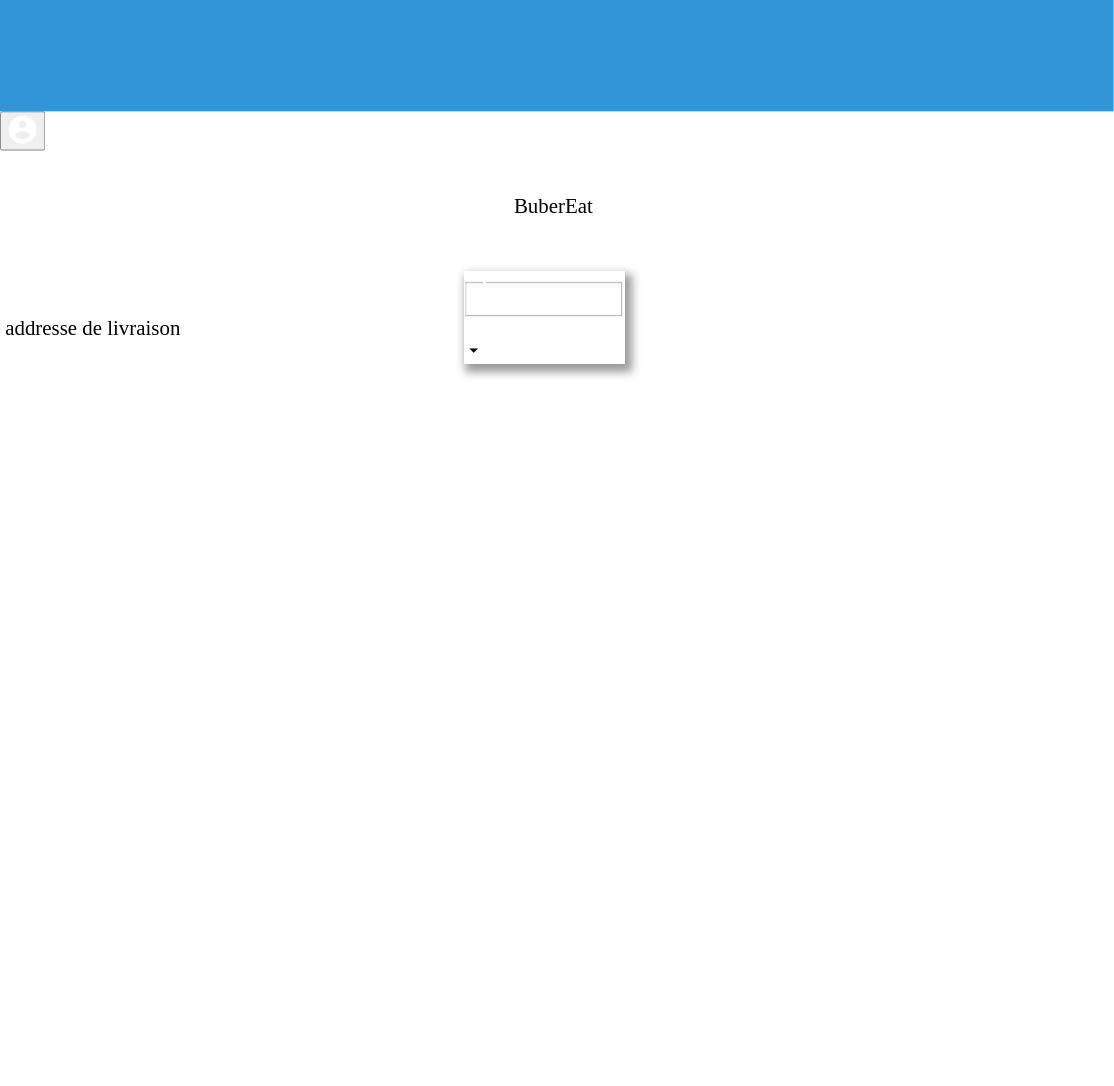
Repository: fidjy/B2_Info_Projet_Web
Page: /Login/%2522this.streets%2522
These files come from the project's save history. The page is drawn as it stood at one moment and after the next save; the edit follows.
The browser window is 1280 px wide. The pictures show the whole page, at 87% of full size.
An inner scrolling area shows only its first screen. The project was rebuilt for these pictures with package versions that can differ from the ones it lists, and the page was loaded fresh each time. Also part of the build but not shown: vue.config.js, src/views/Login/Login.vue, src/views/RestaurantDishes/RestaurantDishes.vue.

Above is the page before, as saved 2020-03-23 19:31:04.

After the next save:
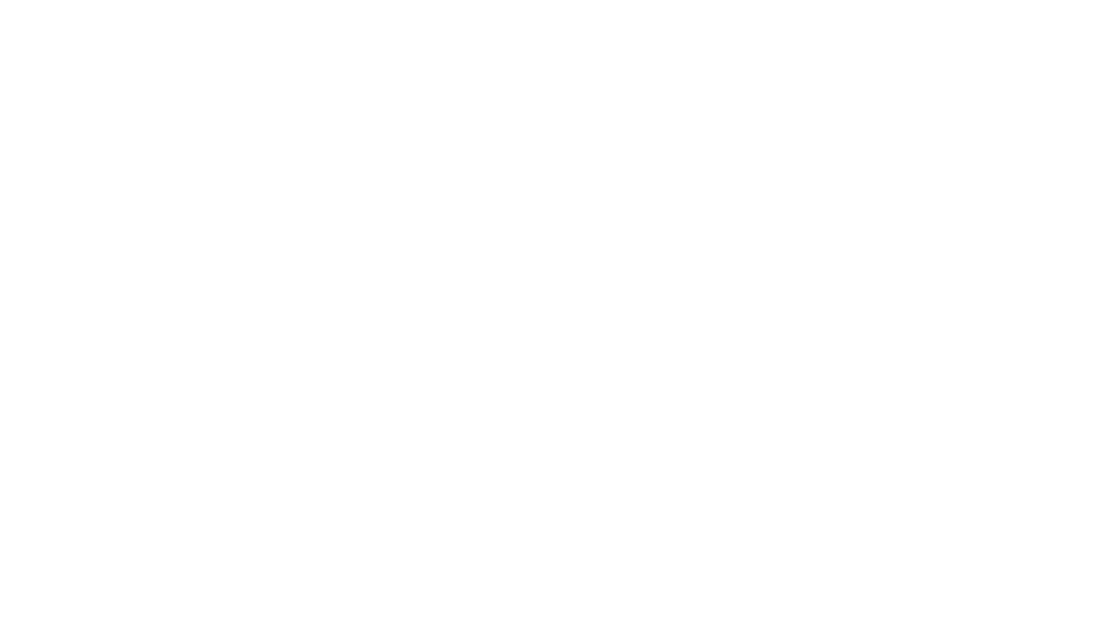
Saved 30 s later.
--- a/src/Layouts/NavBar/NavBar.vue
+++ b/src/Layouts/NavBar/NavBar.vue
@@ -197,15 +197,15 @@
       }, 500);
     },
   },
-  // computed: {
-  //   streets: function (){
-  //     this.propositionAdresse.forEach(street =>
-  //      this.streets.append(street)
-  //     );
-
-  //     return this.streets
-  //   }
-  // }
+  computed: {
+    streets: function (){
+      this.propositionAdresse.forEach(street =>
+       this.streets.append(street)
+      );
+
+      return this.streets
+    }
+  }
 
 };
 </script>

After the 2 saves that followed:
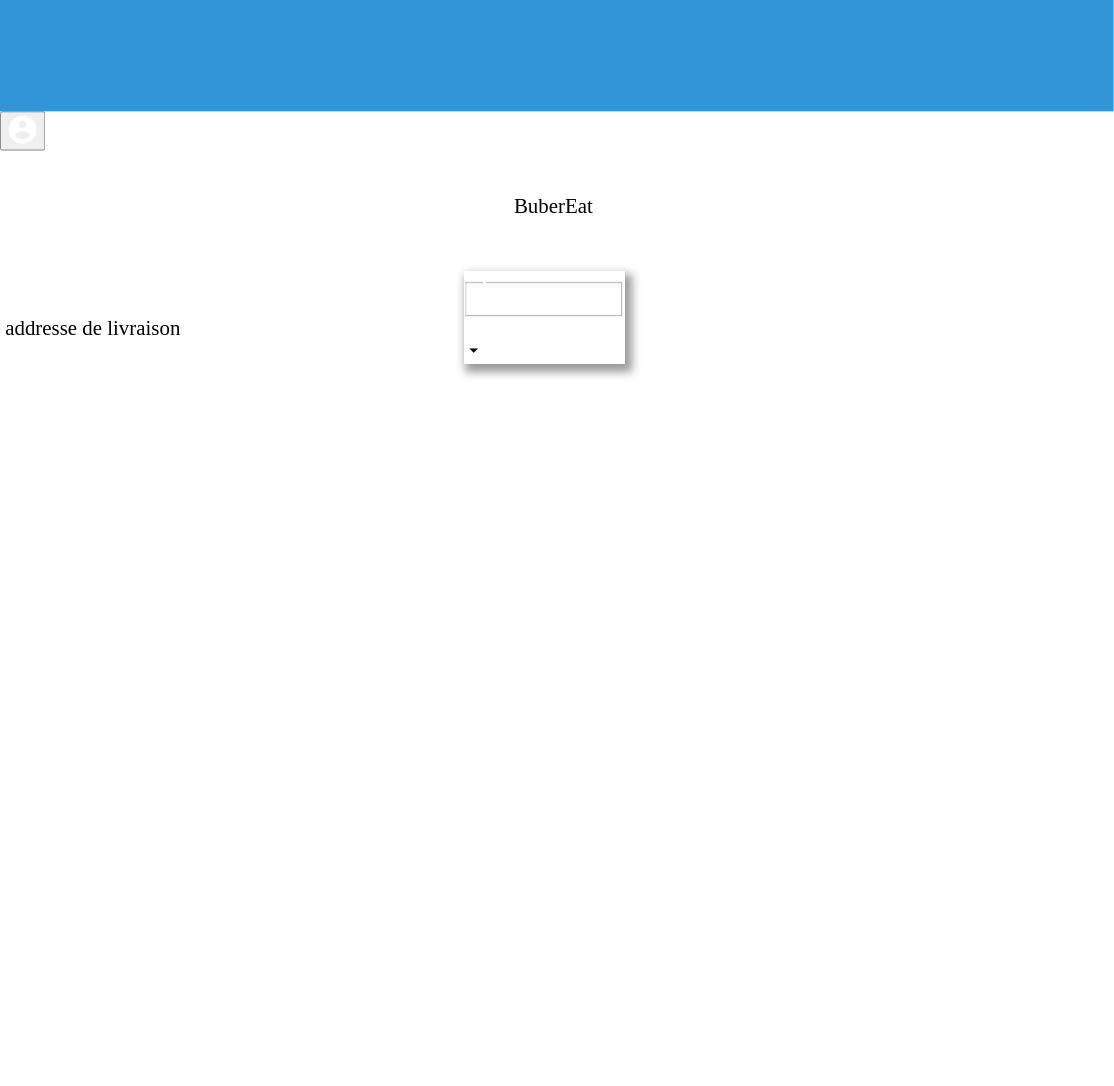
The 2 saves are shown as one change because 1 left the picture as it was.
The last was saved 45 s later.
--- a/src/Layouts/NavBar/NavBar.vue
+++ b/src/Layouts/NavBar/NavBar.vue
@@ -199,11 +199,12 @@
   },
   computed: {
     streets: function (){
-      this.propositionAdresse.forEach(street =>
-       this.streets.append(street)
-      );
-
-      return this.streets
+      if(this.propositionAdresse != ""){
+        this.propositionAdresse.forEach(street =>
+        this.streets.append(street)
+        );
+      }
+      return "this.streets"
     }
   }
 
